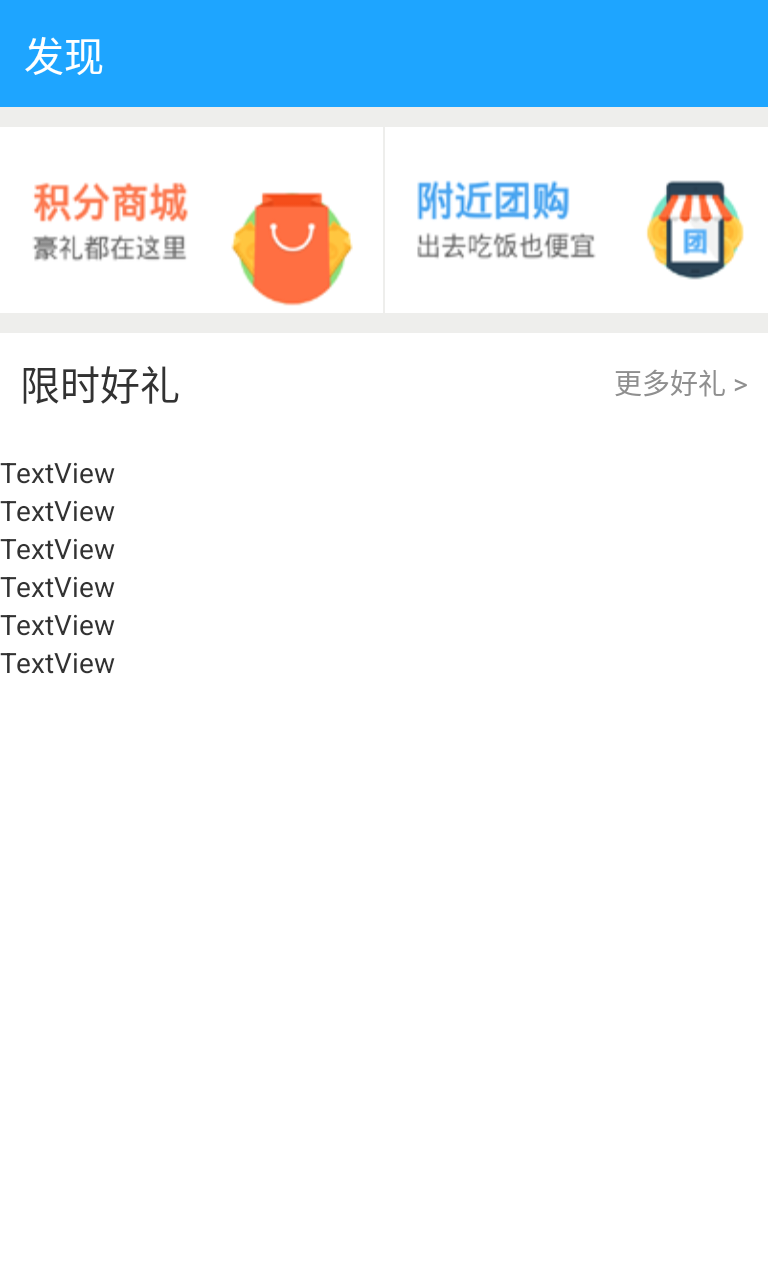
Repository: shi1hh/v
Layout: HungryTest/res/layout/fragment_faxian.xml
An editor plug-in stored every save of this project. The layout is shown before and after the next save, followed by the edit.
It is drawn on a 768 x 1280 px phone screen (xhdpi) without system bars, with theme android:Theme.Light.NoTitleBar; the app's code is not run. Lists and similar views that code fills are empty.

Above is the layout before, as saved 2015-10-25 05:20:03.

### HungryTest/res/layout/fragment_faxian.xml
<?xml version="1.0" encoding="utf-8"?>
<LinearLayout xmlns:android="http://schemas.android.com/apk/res/android"
    android:layout_width="match_parent"
    android:layout_height="match_parent"
    android:orientation="vertical" >

    <RelativeLayout
        android:layout_width="match_parent"
        android:layout_height="wrap_content"
        android:background="@color/blackground" >

        <TextView
            style="@style/normal_text"
            android:layout_width="wrap_content"
            android:layout_height="wrap_content"
            android:layout_alignParentLeft="true"
            android:layout_alignParentTop="true"
            android:layout_centerVertical="true"
            android:background="@color/blackground"
            android:gravity="center"
            android:text="@string/faxian_logo" />
    </RelativeLayout>

    <View
        android:layout_width="match_parent"
        android:layout_height="@dimen/divider_large"
        android:background="@color/divider" />

    <LinearLayout
        android:layout_width="match_parent"
        android:layout_height="wrap_content"
        android:orientation="horizontal" >

        <Button
            android:id="@+id/button1"
            android:layout_width="0dp"
            android:layout_height="wrap_content"
            android:layout_weight="1"
            android:background="@drawable/faxianjifen" />

        <View
            android:layout_width="@dimen/divider_small"
            android:layout_height="match_parent"
            android:background="@color/divider" />

        <Button
            android:id="@+id/button2"
            android:layout_width="0dp"
            android:layout_height="wrap_content"
            android:layout_weight="1"
            android:background="@drawable/faxianfujingoumai" />
    </LinearLayout>

    <View
        android:layout_width="match_parent"
        android:layout_height="@dimen/divider_large"
        android:background="@color/divider" />

    <RelativeLayout
        android:layout_width="match_parent"
        android:layout_height="wrap_content" >

        <TextView
            android:id="@+id/textView1"
            android:layout_width="wrap_content"
            android:layout_height="wrap_content"
            android:layout_alignParentLeft="true"
            android:layout_alignParentTop="true"
            android:padding="10dp"
            android:text="@string/faxian_xianshihaoli"
            android:textSize="@dimen/faxian_timelimi" />

        <TextView
            android:id="@+id/textView2"
            android:layout_width="wrap_content"
            android:layout_height="wrap_content"
            android:layout_alignParentRight="true"
            android:layout_centerVertical="true"
            android:layout_marginRight="5dp"
            android:padding="@dimen/padding_faxian_gengduohaoli"
            android:text="@string/faxian_gengduohaoli"
            android:textColor="@color/text_gray_2" />
    </RelativeLayout>

    <GridView
        android:id="@+id/gridView_faxian"
        android:layout_width="match_parent"
        android:layout_height="wrap_content"
        android:horizontalSpacing="8dp"
        android:numColumns="2"
        android:stretchMode="columnWidth"
        android:verticalSpacing="8dp" >
    </GridView>

    <TextView
        android:id="@+id/textView3"
        android:layout_width="wrap_content"
        android:layout_height="wrap_content"
        android:text="TextView" />
        <TextView

        android:layout_width="wrap_content"
        android:layout_height="wrap_content"
        android:text="TextView" />
            <TextView

        android:layout_width="wrap_content"
        android:layout_height="wrap_content"
        android:text="TextView" />
                <TextView

        android:layout_width="wrap_content"
        android:layout_height="wrap_content"
        android:text="TextView" />
                    <TextView

        android:layout_width="wrap_content"
        android:layout_height="wrap_content"
        android:text="TextView" />
                        <TextView

        android:layout_width="wrap_content"
        android:layout_height="wrap_content"
        android:text="TextView" />

</LinearLayout>

### HungryTest/res/values/color.xml
<?xml version="1.0" encoding="utf-8"?>
<resources>
    <color name="sum">#ffffff</color>
    <color name="balance">#00FF7F</color>
    <color name="balance_text">#ffffff</color>
    <color name="lvlft_select">#ffffff</color>
    <color name="lvlft_black">#CFCFCF</color>
    <color name="white">#ffffff</color>
    <color name="navigation_bg">#F6F6F6</color>
      <color name="blackground">#1EA5FF</color>
      <color name="text_gray">#CCCCCC</color>
      <color name="waimai_divider">#EEEEEC</color>
      <color name="normal_text">#ffffff</color>
      <color name="blackground2">#eceeee</color>
      <color name="login_button">#60C04D</color>
      <color name="divider">#EEEEEC</color>
      <color name="text_gray_2">#8F8F8F</color>
      <color name="blackground_cart_listview">#F2F2F2</color>
      <color name="black">#FFFAFA</color>
      <color name="text1">#EE2C2C</color>
      <color name="text2">#DAA520</color>
</resources>

### HungryTest/res/values/styles.xml
<resources xmlns:android="http://schemas.android.com/apk/res/android">

    <!--
        Base application theme, dependent on API level. This theme is replaced
        by AppBaseTheme from res/values-vXX/styles.xml on newer devices.





    -->
    <style name="CartActionbar" parent="@android:style/Theme.Holo.Light">

        <!--
            Theme customizations available in newer API levels can go in
            res/values-vXX/styles.xml, while customizations related to
            backward-compatibility can go here.


        -->
        <item name="android:actionBarStyle">@style/CartActionbarBlackground
</item>
<item name="android:actionBarTabTextStyle">@style/CartActionbarTabText</item>
<item name="android:actionBarTabStyle">@style/CartActionbarBackground</item>
<item name="android:textSize">20sp</item>
<item name="android:homeAsUpIndicator">@drawable/back</item>
    </style>

    <style name="CartActionbarBlackground" parent="@android:style/Widget.Holo.Light.ActionBar">
        <item name="android:background">@color/blackground</item>
           <item name="android:gravity">center_horizontal</item>
           <item name="android:titleTextStyle">@style/MyActionBarTitleText</item>

    </style>
        <style name="MyActionBarTitleText" parent="@android:style/TextAppearance.Holo.Widget.ActionBar.Title">
        <item name="android:textColor">#fff</item>
    </style>
    <style name="CartActionbarTabText" parent="@android:style/Widget.ActionBar.TabText">
        <item name="android:textColor">@drawable/selector_cart_tab</item>
        <item name="android:gravity">center_horizontal</item>
    </style>
  <style name="CartActionbarBackground" parent="@android:style/Widget.ActionBar.TabBar" >
      <item name="android:background">@drawable/selector_cart_tab_background</item>
      <item name="android:gravity">center_horizontal</item>
      <item name="android:alignmentMode" >alignBounds</item>
  </style>


  <style name="Universal" parent="@android:style/Theme.Holo.Light">
        <item name="android:actionBarStyle">@style/CartActionbarBlackground
</item>
<item name="android:textSize">20sp</item>
<item name="android:homeAsUpIndicator">@drawable/back</item>
</style>







    <!-- Application theme. -->
    <style name="AppTheme" parent="AppBaseTheme">
        <!-- All customizations that are NOT specific to a particular API-level can go here. -->
    </style>




    <style name="text">
        <item name="android:textSize">10sp</item>
        <item name="android:gravity">center_horizontal</item>
    </style>

    <style name="waimai_tb_text">
        <item name="android:textSize">13sp</item>
        <item name="android:gravity">center_horizontal</item>
    </style>

    <style name="waimai_money_text">
        <item name="android:textColor">#FF3030</item>
        <item name="android:textSize">20sp</item>
    </style>

    <style name="back">
        <item name="android:textColor">#ffffff</item>
        <item name="android:textSize">30sp</item>
        <item name="android:text">←</item>
    </style>

    <!-- 外卖页面 -->
    <style name="waimai_store_name_textsize">
        <item name="android:textSize">20sp</item>
    </style>

    <style name="normal_text">
        <item name="android:textSize">20sp</item>
        <item name="android:textColor">#ffffff</item>
        <item name="android:padding">12dp</item>
    </style>
<!-- 登录页面 -->
    <style name="login_">
        <item name="android:textSize">20sp</item>
        <item name="android:textColor">#ffffff</item>
        <item name="android:padding">10dp</item>
        <item name="android:gravity">center</item>
        <item name="android:text">登录</item>
    </style>

    <style name="forget_psw">
        <item name="android:textColor">#1EA5FF
</item>
        <item name="android:text">忘记密码?</item>
    </style>

    <style name="login_message">
        <item name="android:textColor">#1EA5FF
</item>
        <item name="android:text">短信验证码登录</item>
    </style>
<!-- 发现页面 -->
    <style name="faxian_reward_btn">
        <item name="android:textColor">#ffffff</item>
        <item name="android:background">#FF4500</item>
        <item name="android:text">抽奖</item>
        <item name="android:padding">5dp</item>
    </style>

    <!-- 购物车 -->
   <style
       name="cart_menu_right_grouptext"
       ><item name="android:textColor">#777777</item>
<item name="android:textSize">15sp</item>
<item name="android:background">#F5F5F5</item>
<item name="android:padding">5dp</item></style>

   <style
       name="cart_menu_right_item_name"
       ><item name="android:textSize">20sp</item>
       <item name="android:textColor">#333333</item>
   </style>
   <style
       name="cart_menu_right_item_note"
       ><item name="android:textSize">12sp</item>
       <item name="android:textColor">#999999</item>
   </style>
   <style name="cart_menu_right_item_price">
       <item name="android:textColor">#FF3030</item>
       <item name="android:textSize">23sp</item>

   </style>
   <style
       name="cart_menu_right_item_count"
       ><item name="android:textColor">@color/blackground</item>
       <item name="android:textSize">20sp</item>
       <item name="android:layout_marginRight">5dp</item>
   </style>
   <style
       name="cart_menu_right_item_sells"
       ><item name="android:textColor">#999999</item>
   <item name="android:textSize">12sp</item>
   <item  name="android:layout_marginLeft">5dp</item></style>
   <style name="cart_menu_left_item_name" >
       <item
           name="android:textSize"
           >15sp</item>
       <item  name="android:textColor">#666666</item>
       <item name="android:layout_marginLeft">8dp</item>
   </style>
   <style name="cart_menu_car">
       <item name="android:height">50dp</item>
       <item name="android:background">#4E4E4E</item>
       <item name="android:alpha">0.8</item>
   </style>
   <!-- 出错页面 -->
   <style name="error_button">
       <item name="android:background"  >@color/blackground</item>
       <item name="android:textSize">20sp</item>
       <item name="android:text">重新加载</item>
       <item name="android:textColor">#ffffff</item>
       <item name="android:padding">5dp</item>
   </style>

   <!-- 商家页面 -->
   <style name="seller_name">
<item name="android:gravity">center</item>
       <item name="android:textSize">20sp</item>

   </style>
   <style name="seller_span_text">
       <item name="android:textColor">@color/text_gray_2</item>
       <item name="android:textSize">15sp</item>
       <item name="android:padding">20dp</item>
   </style>
   <style name="seller_announcement">
       <item name="android:textColor">#FF7256</item>
       <item name="android:text">商家公告</item>
       <item name="android:padding">12dp</item>
   </style>
   <style name="seller_introdu_text">
       <item name="android:text">商家简介</item>
       <item name="android:textColor">#9A9A9A</item>
       <item name="android:padding">12dp</item>
   </style>
   <style name="seller_introdu_content">
       <item name="android:textColor">#333333</item>
          <item name="android:padding">12dp</item>
          <item name="android:text">叫外卖，上饿了么！</item>
   </style>
   <style name="seller_detail"><item name="android:text">商家信息</item>
            <item name="android:textColor">#9A9A9A</item>
                   <item name="android:padding">12dp</item>
   </style>
   <style name="seller_detail_content"><item name="android:textColor">#333333</item>
              <item name="android:padding">12dp</item>
   </style>

   <!-- 评价页面 -->
   <style name="evaluate_service_text">
       <item name="android:textColor">#9A9A9A</item>
                <item name="android:padding">5dp</item>
                <item name="android:text">服务态度</item>
                <item name="android:textSize">13sp</item>
   </style>
   <style name="evaluate_goods_text">
         <item name="android:textColor">#9A9A9A</item>
                <item name="android:padding">5dp</item>
                <item name="android:text">菜品评分</item>
                                <item name="android:textSize">13sp</item>
                <item name="android:gravity">center</item>
   </style>
   <style name="evaluate_goods_score">
       <item name="android:textColor">#EE2C2C</item>
              <item name="android:padding">5dp</item>
                              <item name="android:textSize">13sp</item>
               <item name="android:text">分</item>
   </style>



</resources>

### HungryTest/res/values/strings.xml
<?xml version="1.0" encoding="utf-8"?>
<resources>

    <string name="app_name">HungryTest</string>
    <string name="hello_world">Hello world!</string>
    <string name="action_settings">Settings</string>
    <string name="navigation1">外卖</string>
 <string name="navigation2">订单</string>
  <string name="navigation3">发现</string>
   <string name="navigation4">我</string>
   <string name="waimai_tb1">便利店</string>
    <string name="waimai_tb2">品牌馆</string>
     <string name="waimai_tb3">水果</string>
      <string name="waimai_tb4">鲜花蛋糕</string>
       <string name="waimai_tb5">新店特惠</string>
        <string name="waimai_tb6">夜宵</string>
         <string name="waimai_tb7">预定早餐</string>
         <string name="dingdan_text1">订单</string>
         <string name="login_reg">注册</string>
         <string name="back">←</string>
         <string name="dingdan_dingdan">订单</string>
         <string name="dingdan_breakfast">早餐订单</string>
         <string name="login_psw_hint">登录密码</string>
         <string name="login_user_hint">手机/邮箱/用户名</string>
         <string name="login_login">登录</string>
         <string name="login_wx">微信</string>
         <string name="login_qq">QQ</string>
         <string name="login_xl">微博</string>
         <string name="faxian_logo">发现</string>
         <string name="faxian_xianshihaoli">限时好礼</string>
         <string name="faxian_gengduohaoli">更多好礼  ></string>

</resources>

### HungryTest/res/values/dimens.xml
<resources>

    <!-- Default screen margins, per the Android Design guidelines. -->
    <dimen name="activity_horizontal_margin">16dp</dimen>
    <dimen name="activity_vertical_margin">16dp</dimen>
<dimen name="login_usertop_margin">13dp</dimen>
<dimen  name="login_user_pendding">17dp</dimen>
<dimen name="divider_large">10dp</dimen>
<dimen name="divider_small">1dp</dimen>
<dimen name="faxian_timelimi">20sp</dimen>
<dimen name="padding_faxian_timelimi">10dp</dimen>
<dimen name="padding_faxian_gengduohaoli">5dp</dimen>
</resources>

After the next save:
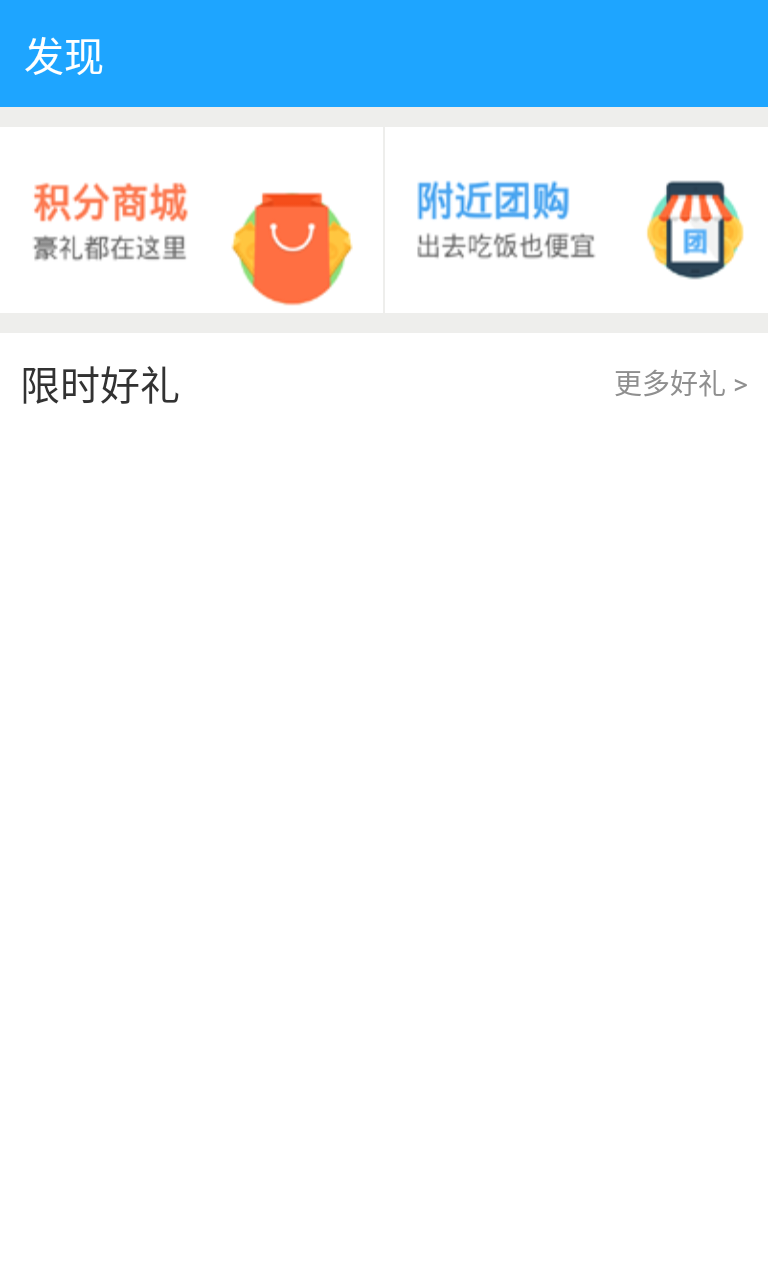
Saved 119 s later.
--- a/HungryTest/res/layout/fragment_faxian.xml
+++ b/HungryTest/res/layout/fragment_faxian.xml
@@ -92,35 +92,6 @@
         android:verticalSpacing="8dp" >
     </GridView>
 
-    <TextView
-        android:id="@+id/textView3"
-        android:layout_width="wrap_content"
-        android:layout_height="wrap_content"
-        android:text="TextView" />
-        <TextView
 
-        android:layout_width="wrap_content"
-        android:layout_height="wrap_content"
-        android:text="TextView" />
-            <TextView
-
-        android:layout_width="wrap_content"
-        android:layout_height="wrap_content"
-        android:text="TextView" />
-                <TextView
-
-        android:layout_width="wrap_content"
-        android:layout_height="wrap_content"
-        android:text="TextView" />
-                    <TextView
-
-        android:layout_width="wrap_content"
-        android:layout_height="wrap_content"
-        android:text="TextView" />
-                        <TextView
-
-        android:layout_width="wrap_content"
-        android:layout_height="wrap_content"
-        android:text="TextView" />
 
 </LinearLayout>
